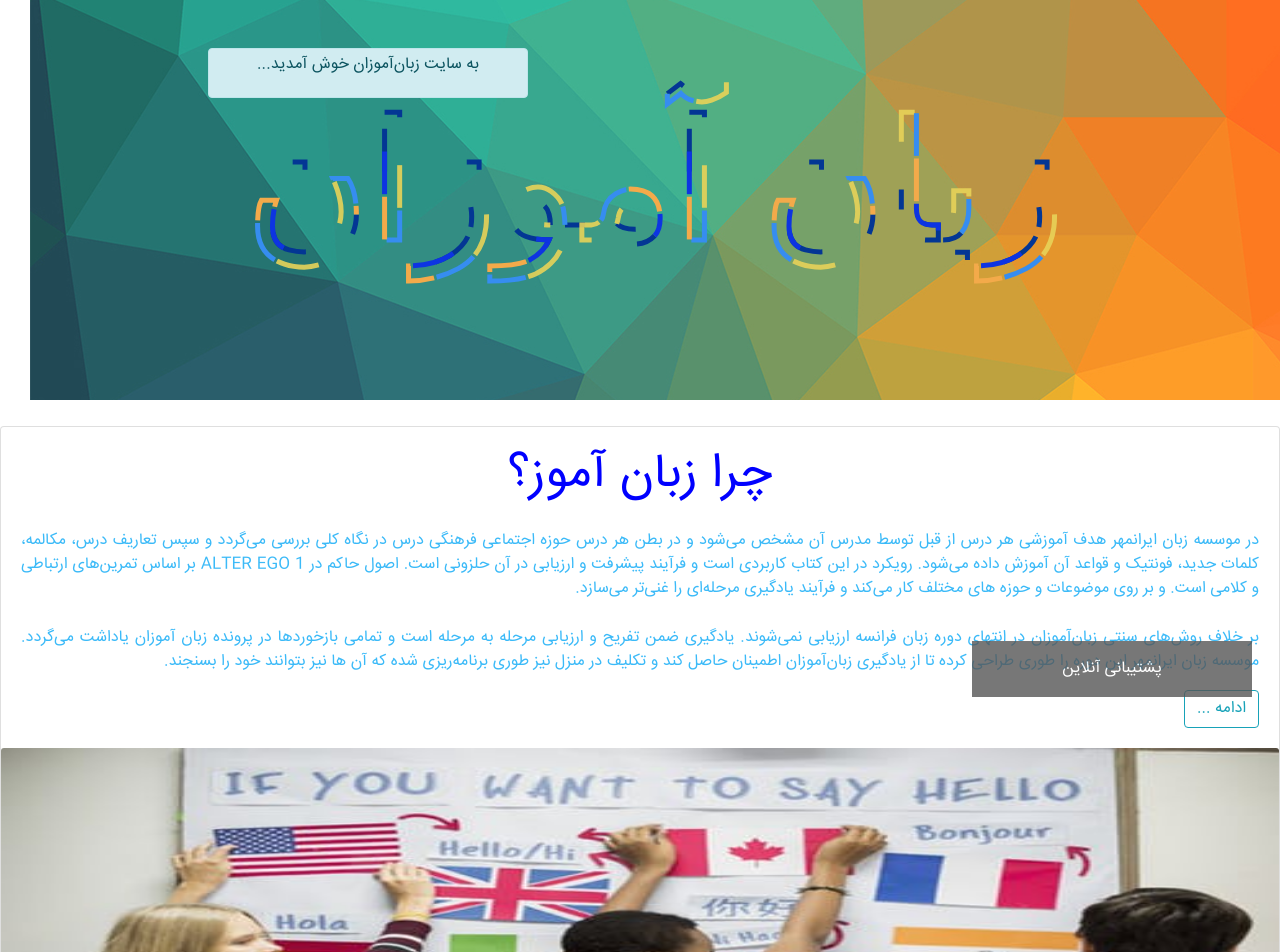
Repository: nikmahla/ZabanAmozan
Page: LanguageWebSite.html
These files come from the project's save history. The page is drawn as it stood at one moment and after the next save; the edit follows.
The browser window is 1280 px wide. The pictures show the part of the page from y = 0 to 952 px (the page is 3961 px tall).
A picture or video elsewhere on the page could not be fetched, so the positions and the page height are approximate.

Above is the page before, as saved 2019-10-11 22:01:33.

### LanguageWebSite.html
<html lang="en">

<head>
    <meta charset="UTF-8">
    <meta name="viewport" content="width=device-width, initial-scale=1.0">
    <meta http-equiv="X-UA-Compatible" content="ie=edge">
    <link rel="stylesheet" href="css/bootstrap.css">
    <link rel="stylesheet" href="css/stylesheet.css">
    <link rel="shortcut icon" href="images/fav.jpg" title="favicon">
    <script src="jquery.min.js"></script>
    <title>Learn New Language</title>
</head>

<body class="container-fluid">

    <div class="row bg-image">
        <svg viewBox="0 0 960 300">
            <symbol id="s-text">
                <text text-anchor="middle" x="50%" y="80%"> زبان آموزان</text>
            </symbol>

            <g class="g-ants">
                <use xlink:href="#s-text" class="text-copy"></use>
                <use xlink:href="#s-text" class="text-copy"></use>
                <use xlink:href="#s-text" class="text-copy"></use>
                <use xlink:href="#s-text" class="text-copy"></use>
                <use xlink:href="#s-text" class="text-copy"></use>
            </g>
        </svg>
    </div>

    <div id="alert" class="alert alert-info p-1 m-5">
        <p class="text-center">به سایت زبان‌آموزان خوش آمدید...</p>
    </div>

    <div class="row">
        <div class="card  " style="margin-top: 2%">
            <div class="card-body">
                <h5 class="card-title card-title-me"> چرا زبان آموز؟ </h5>
                <p class="card-body-me">در موسسه زبان ایرانمهر هدف آموزشی هر درس از قبل توسط مدرس آن مشخص می‌شود و در
                    بطن هر
                    درس حوزه اجتماعی فرهنگی درس در نگاه کلی بررسی می‌گردد و سپس تعاریف درس، مکالمه، کلمات جدید، فونتیک و
                    قواعد آن آموزش داده می‌شود. رویکرد در این کتاب کاربردی است و فرآیند پیشرفت و ارزیابی در آن حلزونی
                    است.
                    اصول حاکم در ALTER EGO 1 بر اساس تمرین‌های ارتباطی و کلامی است. و بر روی موضوعات و حوزه های مختلف
                    کار
                    می‌کند و فرآیند یادگیری مرحله‌‌ای را غنی‌تر می‌سازد.</p>
                <p class="card-body-me">
                    بر خلاف روش‌های سنتی زبان‌آموزان در انتهای دوره زبان فرانسه ارزیابی نمی‌شوند. یادگیری ضمن تفریح و
                    ارزیابی مرحله به مرحله است و تمامی بازخوردها در پرونده زبان آموزان یاداشت می‌گردد. موسسه زبان
                    ایرانمهر
                    این دوره را طوری طراحی کرده تا از یادگیری زبان‌آموزان اطمینان حاصل کند و تکلیف در منزل نیز طوری
                    برنامه‌ریزی شده که آن ها نیز بتوانند خود را بسنجند.
                </p>
                <button type="button" class="btn btn-outline-info">ادامه ...</button>

            </div>
            <img src="./images/fl031.jpg" class="card-img-top card-img" alt="">
        </div>
    </div>


    <div class="row ">
        <div class="col-md-6">
            <div class="videoplay ">
                <video class="img-fluid" autoplay="" loop="" playsinline="" muted="">
                    <source type="video/mp4" src="images/class03.mp4">
                </video>
            </div>
        </div>
        <div class="col-md-6 ">
            <h3 class="text-class">
                1.زمان مد نظرتو انتخاب کن
            </h3>
        </div>
    </div>

    <div class="row ">
        <div class="col-md-6 ">
            <h3 class="text-class">
                2.کلاستو انتخاب کن
            </h3>
        </div>
        <div class="col-md-6">
            <div class="videoplay ">
                <video class="img-fluid" autoplay="" loop="" playsinline="" muted="">
                    <source type="video/mp4" src="images/class031.mp4">
                </video>
            </div>
        </div>
    </div>

    <div class="row ">
        <div class="col-md-6">
            <div class="videoplay ">
                <video class="img-fluid" autoplay="" loop="" playsinline="" muted="">
                    <source type="video/mp4" src="images/class033.mp4">
                </video>
            </div>
        </div>
        <div class="col-md-6 ">
            <h3 class="text-class">
                3. برو کلاس
            </h3>
        </div>
    </div>

    <div class="row" style="margin-top:2% ">
        <div class="card card-box" style="width:30%">
            <img class="card-img-top" src="./images/cl8.jpg" alt="Card image">
            <div class="card-body">
                <h4 class="card-title">دوره های آموزش زبان فرانسه متوسطه بزرگسالان</h4>
                <p class="card-text">دوره های فشرده نیمه گروهی ( 6 تا 8 نفره )</p>
                <a href="#" class="btn btn-primary">مشاهده</a>
            </div>
        </div>

        <div class="card card-box" style="width:30%">
            <img class="card-img-top" src="./images/cl9.jpg" alt="Card image">
            <div class="card-body">
                <h4 class="card-title">دوره آموزش زبان فرانسه پیش متوسطه کودکان</h4>
                <p class="card-text">دوره زبان فرانسه پیش متوسطه کودکان (+A2)</p>
                <a href="#" class="btn btn-primary">مشاهده</a>
            </div>
        </div>

        <div class="card card-box" style="width:30%">
            <img class="card-img-top" src="./images/cl10.jpg" alt="Card image">
            <div class="card-body">
                <h4 class="card-title">دوره زبان فرانسه پیشرفته بزرگسالان</h4>
                <p class="card-text">دوره زبان فرانسه پیش متوسطه</p>
                <a href="#" class="btn btn-primary">مشاهده</a>
            </div>
        </div>
    </div>



    <div class="row bg">
        <h3 class="h1-list" data-shadow='dang!'>کلاسهای پاییز</h3>
    </div>



    <table class="table table-hover table-me">
        <thead>
            <tr>
                <th scope="col">#</th>
                <th scope="col">روزهای هفته</th>
                <th scope="col">کلاس</th>
                <th scope="col">استاد</th>
                <th> انتخاب</th>
            </tr>
        </thead>
        <tbody>
            <tr>
                <th scope="row">1</th>
                <td>شنبه</td>
                <td>زبان فرانسه</td>
                <td>دکتر رضایی</td>
                <td>
                    <button type="button" class="btn btn-outline-warning">مشاهده</button>
                </td>


            </tr>
            <tr>
                <th scope="row">2</th>
                <td>یکشنبه</td>
                <td>زبان فرانسه</td>
                <td>دکتر رضایی</td>
                <td>
                    <button type="button" class="btn btn-outline-warning">مشاهده</button>
                </td>

            </tr>
            <tr>
                <th scope="row">3</th>
                <td>دوشنبه</td>
                <td>زبان فرانسه</td>
                <td>دکتر رضایی</td>
                <td>
                    <button type="button" class="btn btn-outline-warning">مشاهده</button>
                </td>

            </tr>
            <tr>
                <th scope="row">4</th>
                <td>سه شنبه</td>
                <td>زبان فرانسه</td>
                <td>دکتر رضایی</td>
                <td>
                    <button type="button" class="btn btn-outline-warning">مشاهده</button>
                </td>
            </tr>
            <tr>
                <th scope="row">5</th>
                <td>چهارشنبه</td>
                <td>زبان فرانسه</td>
                <td>دکتر رضایی</td>
                <td>
                    <button type="button" class="btn btn-outline-warning">مشاهده</button>
                </td>
            </tr>
            <tr>
                <th scope="row">6</th>
                <td>پنجشنبه</td>
                <td>زبان فرانسه</td>
                <td>دکتر رضایی</td>
                <td>
                    <button type="button" class="btn btn-outline-warning">مشاهده</button>
                </td>

            </tr>
            <tr>
                <th scope="row">7</th>
                <td>جمعه</td>
                <td>زبان فرانسه</td>
                <td>دکتر رضایی</td>
                <td>
                    <button type="button" class="btn btn-outline-warning">مشاهده</button>
                </td>

            </tr>
        </tbody>
    </table>


    <button class="open-button" onclick="openForm()">پشتیبانی آنلاین</button>

    <div class="chat-popup" id="myForm">
        <form action="/action_page.php" class="form-container">
            <h5 class="text-right"> پشتیبانی زبان‌آموزان </h5>

            <label for="msg"><b> در خدمت شماست:</b></label>
            <textarea placeholder="متن ارسالی ..." name="msg" required></textarea>

            <button type="submit" class="btn">ارسال</button>
            <button type="button" class="btn cancel" onclick="closeForm()">بستن</button>
        </form>
    </div>



    <footer class="footer container-fluid">
        <div class="footer-middle">
            <div class="">
                <div class="row">
                    <div class="col-md-6 col-sm-6  ">

                        <div class="footer-pad">
                            <h4>راه های ارتباطی</h4>
                            <ul class="list-unstyled">
                                <li><a href="#"></a></li>
                                <li><a href="#">شماره تماس</a></li>
                                <li><a href="#">مشاوره حضوری</a></li>
                                <li><a href="#">ادرس ایمیل</a></li>
                                <li><a href="#">شبکه اجتماعی</a></li>

                            </ul>
                        </div>
                    </div>


                    <div class="col-md-6 col-sm-6 ">

                        <div class="footer-pad">
                            <h4> خواندیها برای شما</h4>
                            <ul class="list-unstyled">
                                <li><a href="#"> معرفی دیشکنری </a></li>
                                <li><a href="#">معرفی فیلم</a></li>
                                <li><a href="#">معرفی نرم افزار</a></li>
                                <li><a href="#">معرفی داستان</a></li>
                                <li><a href="#">معرفی سایت</a></li>
                                <li>
                                    <a href="#"></a>
                                </li>
                            </ul>
                        </div>
                    </div>

                </div>
                <div class="row">
                    <div class="col-md-12 copy">
                        <p class="text-center">&copy; حقوق مادی و معنوی سایت محفوظ است.</p>
                    </div>
                </div>


            </div>
        </div>
    </footer>

    <script >
        function openForm() {
            document.getElementById("myForm").style.display = "block";
        }

        function closeForm() {
            document.getElementById("myForm").style.display = "none";
        }
        $(document).ready(function () {
            setTimeout(function () {
                $('#alert').slideDown('slow');
            }, 3000);
        })
    </script>

</body>

</html>

### css/stylesheet.css
@font-face {
    font-family: 'iransans';
    src: url('../fonts/iransans_medium.woff2') format('woff2');
    font-weight: bold;
}

@font-face {
    font-family: 'iransans';
    src: url('../fonts/iransans_regular.woff2') format('woff2');
    font-weight: normal;
}

@font-face {
    font-family: 'iransans';
    src: url('../fonts/iransans_ultralight.woff2') format('woff2');
    font-weight: 200;
}

body {
    direction: rtl;
    text-align: right;
    margin: 0;
    font-family: 'iransans', tahoma;
}

* {
    box-sizing: border-box;
}

.videoplay {
    margin-top: 20%;
    min-width: 100%;
    min-height: 100%;
}

.text-class {
    margin-top: 45% !important;
    text-align: center;
    color: #3bbaf8
}

.bg-image {
    background-image: url('../images/bgh.png');
    height: 25rem;
    width: 100%;
}

.header-text {
    background: #8383e2;
}

.card-text {
    text-align: center;
    color: #115374;
    margin-top: 2%;
}

.card-btn {
    margin-top: 2%;
    color: blue;
}

.card-box {
    margin: 1%;
    padding: 1%;
    text-align: center;
}

.card-title-me {
    text-align: center;
    color: blue;
    font-size: 3rem;
}

.card-body-me {
    color: #3bbaf8;
    margin-top: 2%;
    text-align: justify;
}

.card-img {
    height: 25rem;
}

svg {
    display: block;
    font: 10.5em 'Montserrat';
    width: 960px;
    height: 300px;
    margin: 0 auto;
}

.text-copy {
    fill: none;
    stroke: white;
    stroke-dasharray: 6% 29%;
    stroke-width: 5px;
    stroke-dashoffset: 0%;
    animation: stroke-offset 5.5s infinite linear;
}

.text-copy:nth-child(1) {
    stroke: rgb(3, 54, 148);
    animation-delay: -1;
}

.text-copy:nth-child(2) {
    stroke: #e7d258e7;
    animation-delay: -2s;
}

.text-copy:nth-child(3) {
    stroke: rgb(54, 141, 240);
    animation-delay: -3s;
}

.text-copy:nth-child(4) {
    stroke: rgb(243, 170, 74);
    animation-delay: -4s;
}

.text-copy:nth-child(5) {
    stroke: rgb(13, 52, 226);
    animation-delay: -5s;
}

@keyframes stroke-offset {
    100% {
        stroke-dashoffset: -35%;
    }
}

.bg {
    margin: 2rem 0 2rem 0;
    text-align: center;
    background-color: rgba(243, 93, 33, 0.849);
}

.h1-list {
    margin-right: 20%;
    display: inline-block;
    color: white;
    font-size: 9em;
    text-shadow: .03em .03em 0 rgb(235, 71, 6);
}

.table-me {
    margin: 1rem 0 1rem 0;
    overflow: hidden;
}

.bt-me {
    color: orangered;
}

footer {
    width: 100%;
    background: #16222A;
    background: -webkit-linear-gradient(59deg, #3A6073, #16222A);
    background: linear-gradient(59deg, #3A6073, #16222A);
    color: white;
    margin-top: 100px;
    text-align: center;
}

footer a {
    color: #fff;
    font-size: 14px;
    transition-duration: 0.2s;
    display: inline-block;
}

footer a:hover {
    color: #FA944B;
    text-decoration: none;
}

.copy {
    font-size: 12px;
    padding: 10px;
    border-top: 1px solid #FFFFFF;
}

.footer-middle {
    padding-top: 2em;
    color: white;
}

.open-button {
    background-color: #555;
    color: white;
    padding: 16px 20px;
    border: none;
    cursor: pointer;
    opacity: 0.8;
    position: fixed;
    bottom: 23px;
    right: 28px;
    width: 280px;
}

/* The popup chat - hidden by default */

.chat-popup {
    display: none;
    position: fixed;
    bottom: 0;
    right: 15px;
    border: 3px solid #f1f1f1;
    z-index: 9;
}

/* Add styles to the form container */

.form-container {
    max-width: 300px;
    padding: 10px;
    background-color: white;
}

/* Full-width textarea */

.form-container textarea {
    width: 100%;
    padding: 15px;
    margin: 5px 0 22px 0;
    border: none;
    background: #f1f1f1;
    resize: none;
    min-height: 200px;
}

/* When the textarea gets focus, do something */

.form-container textarea:focus {
    background-color: #ddd;
    outline: none;
}

/* Set a style for the submit/send button */

.form-container .btn {
    background-color: #4CAF50;
    color: white;
    padding: 16px 20px;
    border: none;
    cursor: pointer;
    width: 100%;
    margin-bottom: 10px;
    opacity: 0.8;
}

/* Add a red background color to the cancel button */

.form-container .cancel {
    background-color: red;
}

/* Add some hover effects to buttons */

.form-container .btn:hover, .open-button:hover {
    opacity: 1;
}

#alert {
    position: fixed;
    top: 0;
    left: 10rem;
    width: 25%;
    display: none;
}

Loaded but not shown: css/bootstrap.css (library); node_modules/jquery/dist/jquery.min.js (library)

After the next save:
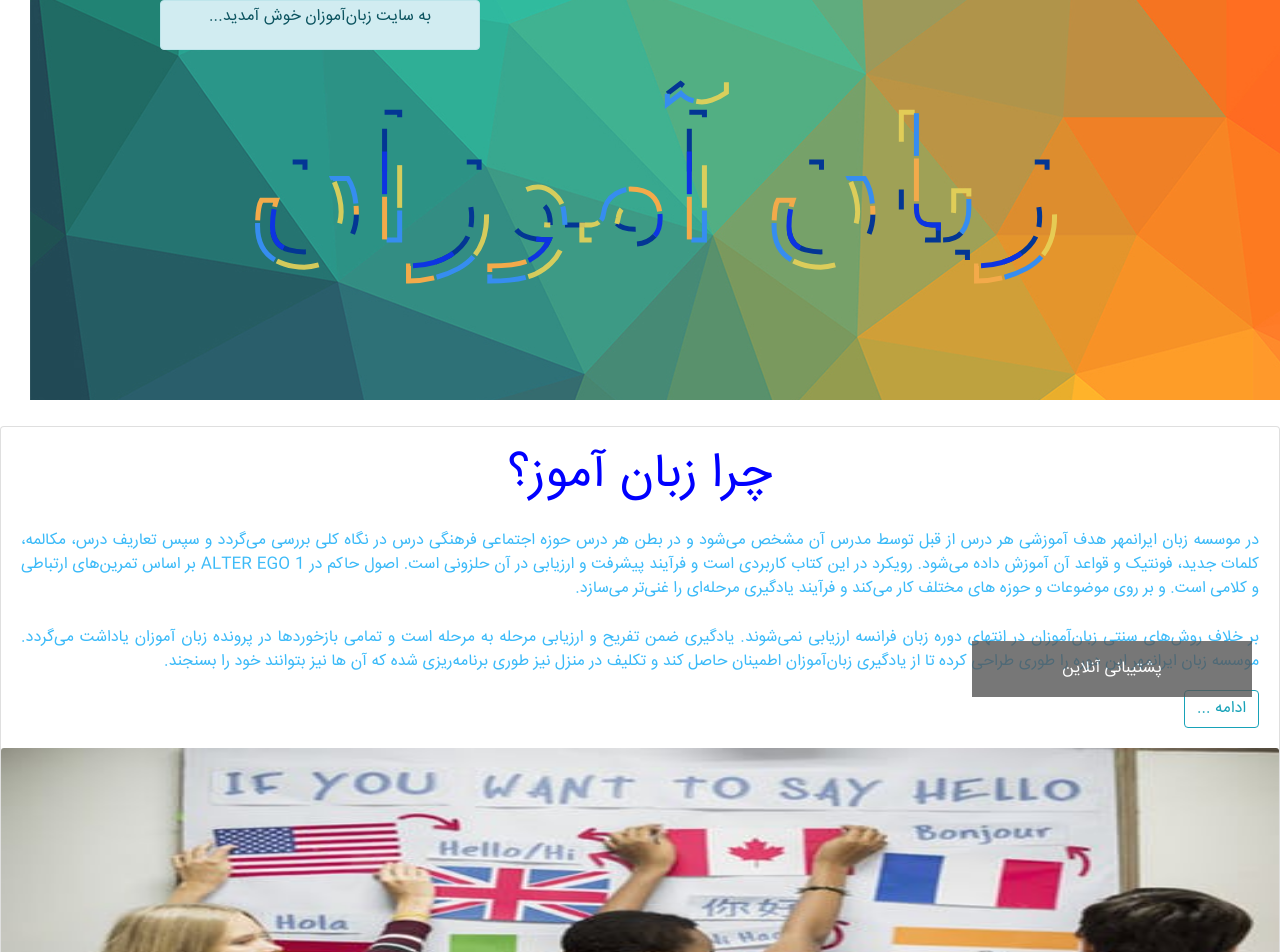
Saved 12 s later.
--- a/LanguageWebSite.html
+++ b/LanguageWebSite.html
@@ -29,7 +29,7 @@
         </svg>
     </div>
 
-    <div id="alert" class="alert alert-info p-1 m-5">
+    <div id="alert" class="alert alert-info p-1 ">
         <p class="text-center">به سایت زبان‌آموزان خوش آمدید...</p>
     </div>
 
